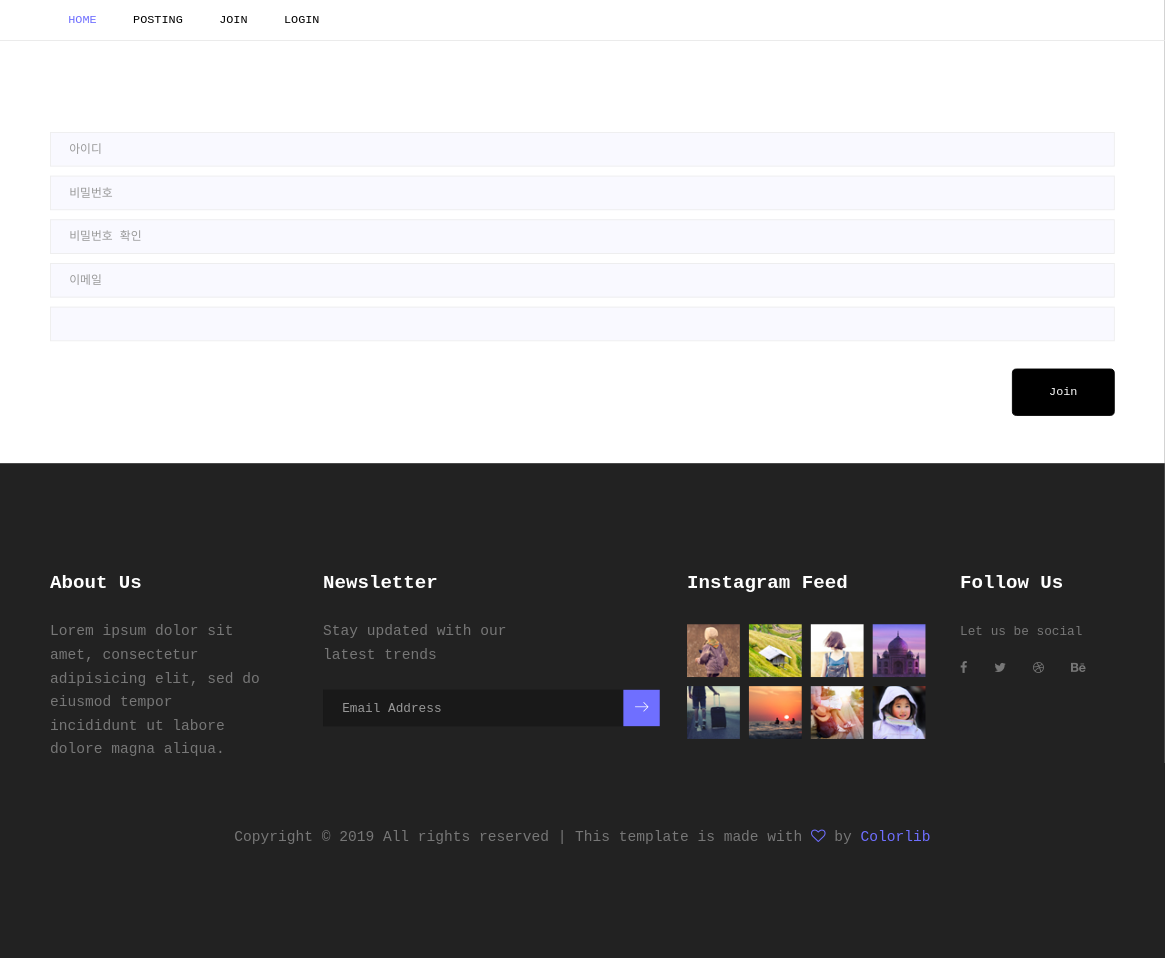
Repository: cwj2306/blog_project_2
Page: http://localhost/blog/user/join.jsp
An editor plug-in stored every save of this project. The page is shown before and after the next save, followed by the edit.
The browser window is 1280 px wide. The pictures show the whole page, at 91% of full size.
Some web fonts or font styles are not loaded; a fallback is used. The page is served by Tomcat 9. Other server files are loaded and not shown.

Above is the page before, as saved 2019-10-31 01:17:57.

### blog/WebContent/user/join.jsp
<%@ page language="java" contentType="text/html; charset=UTF-8"
    pageEncoding="UTF-8"%>
<%@ include file = "/include/nav.jsp" %>

	<section class="contact_area">
		<div class="container">
			<div class="row">
				<div class="col-lg-12">
					<form class="row contact_form" action="/blog/user?cmd=join" method="post" onsubmit="return validateCheck()">
						<div class="col-md-12">
							<div class="form-group">
								<input type="text" class="form-control" name="username" placeholder="아이디" required="required">
							</div>
						</div>
						<div class="col-md-12">
							<div class="form-group">
								<input type="password" class="form-control" id="password" name="password" placeholder="비밀번호" required="required" maxlength="20">
							</div>
						</div>
						<div class="col-md-12">
							<div class="form-group">
								<input type="password" class="form-control" id="passwordCheck" name="passwordCheck" placeholder="비밀번호 확인" required="required" maxlength="20">
							</div>
						</div>
						<div class="col-md-12">
							<div class="form-group">
								<input type="email" class="form-control" name="email" placeholder="이메일" required="required" maxlength="40">
							</div>
						</div>
						<div class="col-md-12">
							<div class="form-group">
								<input type="text" class="form-control" name="address" required="required" >
							</div>
						</div>
						<div class="col-md-12 text-right">
							<button type="submit" value="submit" class="btn submit_btn">Join</button>
						</div>
					</form>
				</div>
			</div>
		</div>
	</section>

	<br/><br/>

	<script>
		function validateCheck(){
			var password = document.querySelector('#password').value;
			var passwordCheck = document.querySelector('#passwordCheck').value;

			if (password === passwordCheck) {
				return true;
			}else{
				alert('비밀번호를 정확히 입력해주세요');
				return false;
			}
		}
	</script>

<%@ include file = "/include/footer.jsp" %>

### blog/WebContent/include/nav.jsp
<%@ page language="java" contentType="text/html; charset=UTF-8" pageEncoding="UTF-8"%>
<%@ taglib prefix="c" uri="http://java.sun.com/jsp/jstl/core" %>

<!doctype html>
<html lang="en">
    <head>
        <!-- Required meta tags -->
        <meta charset="utf-8">
        <meta name="viewport" content="width=device-width, initial-scale=1, shrink-to-fit=no">
        <link rel="icon" href="/blog/img/favicon.png" type="image/png">
        <title>Opium Blog</title>
        <!-- Bootstrap CSS -->
        <link rel="stylesheet" href="/blog/css/bootstrap.css">
        <link rel="stylesheet" href="/blog/vendors/linericon/style.css">
        <link rel="stylesheet" href="/blog/css/font-awesome.min.css">
        <link rel="stylesheet" href="/blog/vendors/owl-carousel/owl.carousel.min.css">
        <link rel="stylesheet" href="/blog/vendors/lightbox/simpleLightbox.css">
        <link rel="stylesheet" href="/blog/vendors/nice-select/css/nice-select.css">
        <link rel="stylesheet" href="/blog/vendors/animate-css/animate.css">
        <link rel="stylesheet" href="/blog/vendors/jquery-ui/jquery-ui.css">
        <!-- main css -->
        <link rel="stylesheet" href="/blog/css/style.css">
        <link rel="stylesheet" href="/blog/css/responsive.css">
    </head>
    <body>

        <!--================Header Menu Area =================-->
        <header class="header_area">
			<div class="main_menu">
				<nav class="navbar navbar-expand-lg navbar-light">
					<div class="container box_1620">
						<!-- Brand and toggle get grouped for better mobile display -->
						<a class="navbar-brand logo_h" href="#"><img src="/blog/img/logo.png" alt=""></a>
						<button class="navbar-toggler" type="button" data-toggle="collapse" data-target="#navbarSupportedContent" aria-controls="navbarSupportedContent" aria-expanded="false" aria-label="Toggle navigation">
							<span class="icon-bar"></span>
							<span class="icon-bar"></span>
							<span class="icon-bar"></span>
						</button>

						<!-- Collect the nav links, forms, and other content for toggling -->
						<div class="collapse navbar-collapse offset" id="navbarSupportedContent">
							<ul class="nav navbar-nav menu_nav">
								<li class="nav-item active"><a class="nav-link" href="/blog/index.jsp">Home</a></li>
								<li class="nav-item"><a class="nav-link" href="/blog/board/write.jsp">Posting</a></li>

								<c:choose>
									<c:when test="${empty sessionScope.user}">
										<li class="nav-item"><a class="nav-link" href="/blog/user/join.jsp">Join</a></li>
										<li class="nav-item"><a class="nav-link" href="/blog/user/login.jsp">Login</a></li>
									</c:when>
									<c:otherwise>
										<li class="nav-item"><a class="nav-link" href="/blog/user/update.jsp">Profile</a></li>
										<li class="nav-item"><a class="nav-link" href="/blog/user?cmd=logout">Logout</a></li>
									</c:otherwise>
								</c:choose>

							</ul>
							<ul class="nav navbar-nav navbar-right header_social ml-auto">
								<!--
								<li class="nav-item"><a href="#"><i class="fa fa-facebook"></i></a></li>
								<li class="nav-item"><a href="#"><i class="fa fa-twitter"></i></a></li>
								<li class="nav-item"><a href="#"><i class="fa fa-dribbble"></i></a></li>
								<li class="nav-item"><a href="#"><i class="fa fa-behance"></i></a></li>
								 -->
								 <c:if test="${not empty sessionScope.user}">
								 	<a href="/blog/user/userProfileForm.jsp"><img src = "${sessionScope.user.userProfile}" width="40px" height="40px" style="border-radius: 50%;"/></a>
								 </c:if>

							</ul>
						</div>
					</div>
				</nav>
			</div>
        </header>
        <!--================Header Menu Area =================-->

### blog/WebContent/include/footer.jsp
<%@ page language="java" contentType="text/html; charset=UTF-8" pageEncoding="UTF-8"%>
<!--================ start footer Area  =================-->
<footer class="footer-area p_120">
	<div class="container">
		<div class="row">
			<div class="col-lg-3  col-md-6 col-sm-6">
				<div class="single-footer-widget">
					<h6 class="footer_title">About Us</h6>
					<p>Lorem ipsum dolor sit amet, consectetur adipisicing elit, sed do eiusmod tempor incididunt ut labore dolore magna aliqua.</p>
				</div>
			</div>
			<div class="col-lg-4 col-md-6 col-sm-6">
				<div class="single-footer-widget">
					<h6 class="footer_title">Newsletter</h6>
					<p>Stay updated with our latest trends</p>
					<div id="mc_embed_signup">
						<form target="_blank" action="https://spondonit.us12.list-manage.com/subscribe/post?u=1462626880ade1ac87bd9c93a&amp;id=92a4423d01" method="get" class="subscribe_form relative">
							<div class="input-group d-flex flex-row">
								<input name="EMAIL" placeholder="Email Address" onfocus="this.placeholder = ''" onblur="this.placeholder = 'Email Address '" required="" type="email">
								<button class="btn sub-btn">
									<span class="lnr lnr-arrow-right"></span>
								</button>
							</div>
							<div class="mt-10 info"></div>
						</form>
					</div>
				</div>
			</div>
			<div class="col-lg-3 col-md-6 col-sm-6">
				<div class="single-footer-widget instafeed">
					<h6 class="footer_title">Instagram Feed</h6>
					<ul class="list instafeed d-flex flex-wrap">
						<li><img src="/blog/img/instagram/Image-01.jpg" alt=""></li>
						<li><img src="/blog/img/instagram/Image-02.jpg" alt=""></li>
						<li><img src="/blog/img/instagram/Image-03.jpg" alt=""></li>
						<li><img src="/blog/img/instagram/Image-04.jpg" alt=""></li>
						<li><img src="/blog/img/instagram/Image-05.jpg" alt=""></li>
						<li><img src="/blog/img/instagram/Image-06.jpg" alt=""></li>
						<li><img src="/blog/img/instagram/Image-07.jpg" alt=""></li>
						<li><img src="/blog/img/instagram/Image-08.jpg" alt=""></li>
					</ul>
				</div>
			</div>
			<div class="col-lg-2 col-md-6 col-sm-6">
				<div class="single-footer-widget f_social_wd">
					<h6 class="footer_title">Follow Us</h6>
					<p>Let us be social</p>
					<div class="f_social">
						<a href="#"><i class="fa fa-facebook"></i></a>
						<a href="#"><i class="fa fa-twitter"></i></a>
						<a href="#"><i class="fa fa-dribbble"></i></a>
						<a href="#"><i class="fa fa-behance"></i></a>
					</div>
				</div>
			</div>
		</div>
		<div class="row footer-bottom d-flex justify-content-between align-items-center">
			<p class="col-lg-12 footer-text text-center">
				<!-- Link back to Colorlib can't be removed. Template is licensed under CC BY 3.0. -->
				Copyright &copy;
				<script>document.write(new Date().getFullYear());</script>
				All rights reserved | This template is made with <i class="fa fa-heart-o" aria-hidden="true"></i> by <a href="https://colorlib.com" target="_blank">Colorlib</a>
				<!-- Link back to Colorlib can't be removed. Template is licensed under CC BY 3.0. -->
			</p>
		</div>
	</div>
</footer>
<!--================ End footer Area  =================-->




<!-- Optional JavaScript -->
<!-- jQuery first, then Popper.js, then Bootstrap JS -->
<script src="/blog/js/jquery-3.2.1.min.js"></script>
<script src="/blog/js/popper.js"></script>
<script src="/blog/js/bootstrap.min.js"></script>
<script src="/blog/js/stellar.js"></script>
<script src="/blog/vendors/lightbox/simpleLightbox.min.js"></script>
<script src="/blog/vendors/nice-select/js/jquery.nice-select.min.js"></script>
<script src="/blog/vendors/isotope/imagesloaded.pkgd.min.js"></script>
<script src="/blog/vendors/isotope/isotope-min.js"></script>
<script src="/blog/vendors/owl-carousel/owl.carousel.min.js"></script>
<script src="/blog/vendors/jquery-ui/jquery-ui.js"></script>
<script src="/blog/js/jquery.ajaxchimp.min.js"></script>
<script src="/blog/js/mail-script.js"></script>
<script src="/blog/js/theme.js"></script>

</body>
</html>

### blog/WebContent/css/responsive.css
@media (max-width:1619px){
	/* Main Menu Area css
	============================================================================================ */
   .header_area .navbar .search {
		margin-left: 40px;
	}
	/* End Main Menu Area css
	============================================================================================ */
	.home_banner_area .blog_text_slider .owl-prev, .home_banner_area .blog_text_slider .owl-next {
		right: 0px;
		font-size: 30px;
	}
}
@media (max-width:1199px){
	/* Main Menu Area css
	============================================================================================ */
	.header_area + section, .header_area + div {
		margin-top: 143px;
	}
	.top_menu .container{
		display: block;
	}
	/* End Main Menu Area css
	============================================================================================ */
	/* Home Banner Area css
	============================================================================================ */
	.home_banner_area {
		min-height: 700px;
	}
	/* End Home Banner Area css
	============================================================================================ */
	.home_banner_area {
		background-size: cover;
	}
	.blog_text {
		padding: 65px 65px 65px 65px;
	}
	.banner_area {
		background-size: cover;
	}
	.blog_style1 .blog_text {
		padding-left: 15px;
		padding-right: 15px;
		padding-top: 0px;
		padding-bottom: 0px;
	}
}

@media (max-width:991px){
	/* Main Menu Area css
	============================================================================================ */
	.logo_part {
		display: none;
	}
    .navbar-toggler {
        border: none;
        border-radius: 0px;
        padding: 0px;
        cursor: pointer;
        margin-top: 27px;
        margin-bottom: 23px;
		float: right;
    }
	.header_area .navbar {
		background: #fff;
	}
    .navbar-toggler[aria-expanded="false"] span:nth-child(2) {
		opacity: 1;
	}
	.navbar-toggler[aria-expanded="true"] span:nth-child(2) {
		opacity: 0;
	}
	.navbar-toggler[aria-expanded="true"] span:first-child {
		transform: rotate(-45deg);
		position: relative;
		top: 7.5px;
	}
	.navbar-toggler[aria-expanded="true"] span:last-child {
		transform: rotate(45deg);
		bottom: 6px;
		position: relative;
	}
	.navbar-toggler span{
		display: block;
		width: 25px;
		height: 3px;
		background: #000;
		margin: auto;
		margin-bottom: 4px;
		transition: all 400ms linear;
		cursor: pointer;
	}
    .navbar .container{
        padding-left: 15px;
        padding-right: 15px;
    }
    .nav{
        padding: 0px 0px;
    }
	.header_area + section, .header_area + row, .header_area + div {
		margin-top: 117px;
	}
    .header_top .nav{
        padding: 0px;
    }
    .header_area .navbar .nav .nav-item .nav-link{
        line-height: 40px;
        margin-right: 0px;
        display: block;
		border-bottom: 1px solid #ededed33;
		border-radius: 0px;
    }
    .header_area .navbar .search{
        margin-left: 0px;
    }
	.header_area .navbar-collapse{
		max-height: 340px;
		overflow-y: scroll;
	}
	.header_area .navbar .nav .nav-item.submenu ul .nav-item .nav-link {
		padding: 0px 15px;
	}
	.header_area .navbar .nav .nav-item {
		margin-right: 0px;
	}
	.header_area + section, .header_area + row, .header_area + div {
		margin-top: 71px;
	}
	.main_menu .navbar .container_inner {
		display: block;
	}
	.main_menu .navbar .navbar-brand {
		display: inline-block;
		padding-top: 11px;
		width: 173px;
	}
	.main_menu .navbar .navbar-brand img {
		width: 100%;
	}
	/* End Main Menu Area css
	============================================================================================ */

	/* Contact Page Area css
	============================================================================================ */
	.contact_info{
		margin-bottom: 50px;
	}
	/* End Contact page Area css
	============================================================================================ */
	.home_banner_area .donation_inner{
		margin-bottom: -30px;
	}
	.single-footer-widget{
		margin-bottom: 30px;
	}
	.footer-area .row{
		margin-bottom: -30px;
	}
	/* Footer Area css
	============================================================================================ */
	/* End End Footer Area css
	============================================================================================ */
	.home_banner_area {
		background-size: cover;
		margin-bottom: 0px;
	}
	/* Extra header Area css
	============================================================================================ */
	/* End Extra header Area css
	============================================================================================ */

	.nav.navbar-nav.navbar-right.header_social{
		display: none;
	}

}
@media (max-width:767px){
	.home_banner_area {
		min-height: 500px;
	}
	.home_banner_area .banner_inner {
		min-height: 500px;
	}
	.home_banner_area .banner_inner .banner_content {
		margin-top: 0px;
	}
	/* Blog Page Area css
	============================================================================================ */
    .blog_banner .banner_inner .blog_b_text h2 {
		font-size: 40px;
		line-height: 50px;
	}
	.blog_info.text-right{
		text-align: left !important;
		margin-bottom: 10px;
	}
	/* End Blog Page Area css
	============================================================================================ */
	.home_banner_area .banner_inner .banner_content h3 {
		font-size: 30px;
	}
	.home_banner_area .banner_inner .banner_content p br {
		display: none;
	}
	/* Footer Area css
	============================================================================================ */
	.footer-bottom .footer-text{
		text-align: center;
	}
	.footer-bottom .footer-social {
		text-align: center;
		margin-bottom: 20px;
	}
	/* End End Footer Area css
	============================================================================================ */
	.blog_style1.small .blog_img img{
		width: 100%;
	}
}
@media (max-width:575px){

	.header_area + section, .header_area + row, .header_area + div {
		margin-top: 71px;
	}
	.top_menu {
		display: none;
	}

    /* Home Banner Area css
	============================================================================================ */
	.home_banner_area .banner_inner .banner_content h2 {
		font-size: 28px;
	}
	.home_banner_area {
		min-height: 500px;
	}
	.home_banner_area .banner_inner {
		min-height: 500px;
	}
	.blog_banner .banner_inner .blog_b_text {
		margin-top: 0px;
	}
	.home_banner_area .banner_inner .banner_content img{
		display: none;
	}
	.home_banner_area .banner_inner .banner_content h5 {
		margin-top: 0px;
	}
	.home_banner_area .banner_inner .banner_content .date a {
		margin-right: 8px;
	}
	/* End Home Banner Area css
	============================================================================================ */
	.p_120 {
		padding-top: 70px;
		padding-bottom: 70px;
	}
	.main_title h2 {
		font-size: 25px;
	}
	/* Elements Area css
	============================================================================================ */
	.sample-text-area {
		padding: 70px 0 70px 0;
	}
	/* End Elements Area css
	============================================================================================ */

	/* Blog Page Area css
	============================================================================================ */
	.blog_details h2 {
		font-size: 20px;
		line-height: 30px;
	}
	.blog_banner .banner_inner .blog_b_text h2 {
		font-size: 28px;
		line-height: 38px;
	}
	.banner_area .banner_inner .banner_content {
		margin-top: 0px;
	}
	/* End Blog Page Area css
	============================================================================================ */
	/* Footer Area css
	============================================================================================ */
	/* End End Footer Area css
	============================================================================================ */
	.pad_top {
		padding-top: 70px;
	}
	.mt-100 {
		margin-top: 50px;
	}
	.single-footer-widget p {
		max-width: 100%;
	}
	.p_100 {
		padding-top: 70px;
		padding-bottom: 70px;
	}
	.blog_style1 .blog_text .blog_text_inner {
		margin-top: 0px;
	}
	.blog_style1 .blog_text {
		padding-left: 0px;
		padding-right: 0px;
		padding-top: 0px;
		padding-bottom: 0px;
	}
	.blog_text .cat a {
		margin-right: 5px;
	}
	.blog_text .cat .cat_btn {
		display: block;
		width: 86px;
		margin-bottom: 10px;
	}
}

@media (max-width:480px){
	/* Main Menu Area css
	============================================================================================ */
	.header_area .navbar-collapse{
		max-height: 250px;
	}
	/* End Main Menu Area css
	============================================================================================ */

	/* Home Banner Area css
	============================================================================================ */
    .home_banner_area .banner_inner .banner_content {
		padding: 30px 15px;
		margin-top: 0px;
	}
	.banner_content .white_btn {
		display: block;
	}
	.home_banner_area .banner_inner .banner_content h3 {
		font-size: 24px;
	}
	.home_banner_area .carousel .carousel-indicators {
		bottom: -50px;
		z-index: 20;
	}
	/* End Home Banner Area css
	============================================================================================ */
	.banner_area .banner_inner .banner_content h2 {
		font-size: 32px;
	}
	/* Blog Page Area css
	============================================================================================ */
	.comments-area .thumb {
		margin-right: 10px;
	}

	/* End Blog Page Area css
	============================================================================================ */
	.home_banner_area .blog_text_slider .owl-prev {
		top: auto;
		bottom: 110px;
		transform: translateY(-0%);
		left: 10px;
	}
	.home_banner_area .blog_text_slider .owl-next {
		top: auto;
		bottom: 110px;
		right: 10px;
		transform: translateY(-0%);
	}
	.blog_text {
		padding: 60px 20px;
	}
}

Loaded but not shown: blog/WebContent/css/bootstrap.css (library); blog/WebContent/vendors/linericon/style.css (library); blog/WebContent/css/font-awesome.min.css (library); blog/WebContent/vendors/owl-carousel/owl.carousel.min.css (common file); blog/WebContent/vendors/lightbox/simpleLightbox.css (library); blog/WebContent/vendors/nice-select/css/nice-select.css (library); blog/WebContent/vendors/animate-css/animate.css (library); blog/WebContent/vendors/jquery-ui/jquery-ui.css (library); blog/WebContent/js/jquery-3.2.1.min.js (library); blog/WebContent/js/popper.js (library); blog/WebContent/js/bootstrap.min.js (library); blog/WebContent/js/stellar.js (library); blog/WebContent/vendors/lightbox/simpleLightbox.min.js (library); blog/WebContent/vendors/nice-select/js/jquery.nice-select.min.js (common file); blog/WebContent/vendors/isotope/imagesloaded.pkgd.min.js (library); blog/WebContent/vendors/isotope/isotope-min.js (library); blog/WebContent/vendors/owl-carousel/owl.carousel.min.js (library); blog/WebContent/vendors/jquery-ui/jquery-ui.js (library); blog/WebContent/js/jquery.ajaxchimp.min.js (library); blog/WebContent/js/theme.js (283 lines, source omitted); blog/WebContent/js/mail-script.js (31 lines, source omitted); blog/WebContent/css/style.css (3904 lines, source omitted)

After the next save:
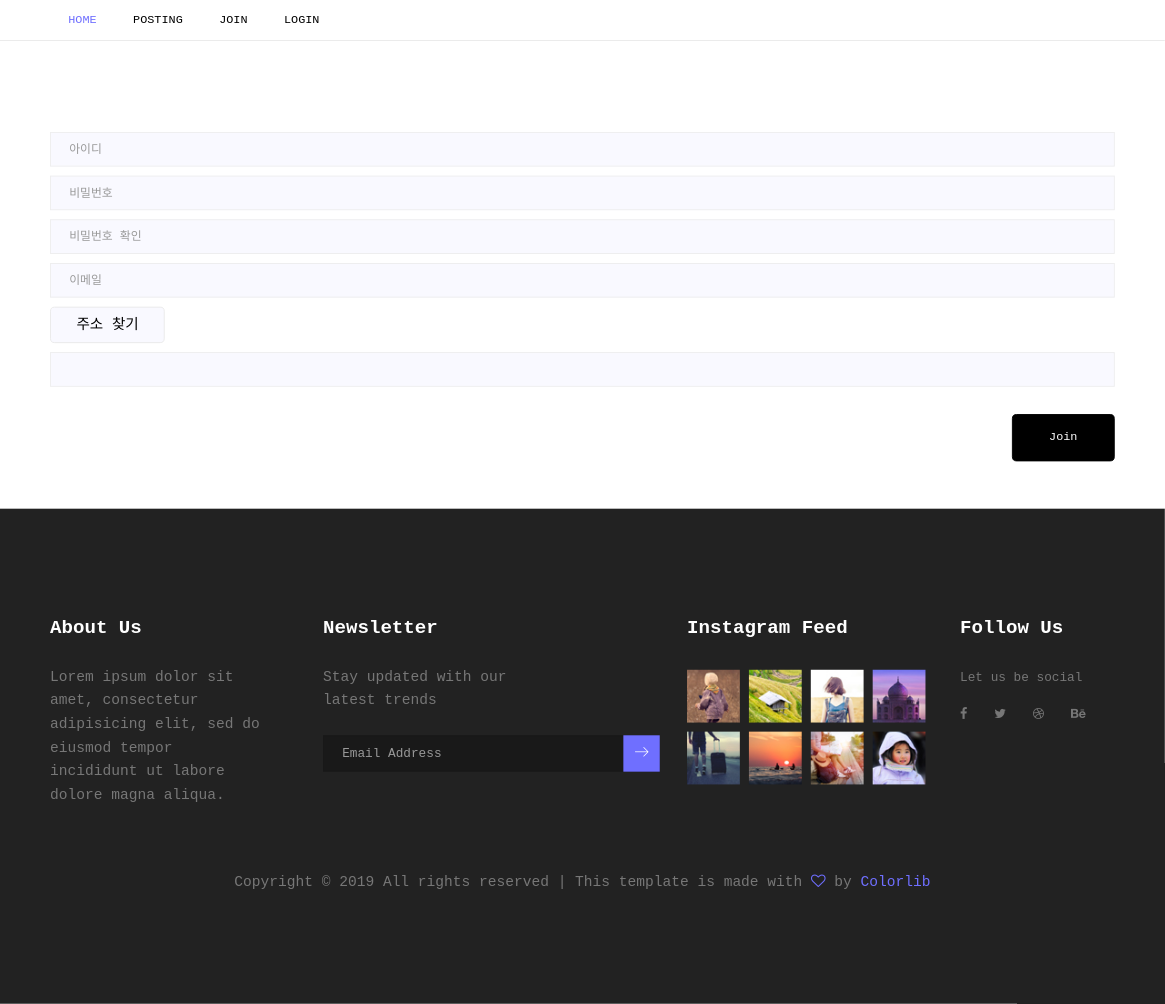
Saved 3 min 8 s later.
--- a/blog/WebContent/user/join.jsp
+++ b/blog/WebContent/user/join.jsp
@@ -7,34 +7,47 @@
 			<div class="row">
 				<div class="col-lg-12">
 					<form class="row contact_form" action="/blog/user?cmd=join" method="post" onsubmit="return validateCheck()">
+
 						<div class="col-md-12">
 							<div class="form-group">
 								<input type="text" class="form-control" name="username" placeholder="아이디" required="required">
 							</div>
 						</div>
+
 						<div class="col-md-12">
 							<div class="form-group">
 								<input type="password" class="form-control" id="password" name="password" placeholder="비밀번호" required="required" maxlength="20">
 							</div>
 						</div>
+
 						<div class="col-md-12">
 							<div class="form-group">
 								<input type="password" class="form-control" id="passwordCheck" name="passwordCheck" placeholder="비밀번호 확인" required="required" maxlength="20">
 							</div>
 						</div>
+
 						<div class="col-md-12">
 							<div class="form-group">
 								<input type="email" class="form-control" name="email" placeholder="이메일" required="required" maxlength="40">
 							</div>
 						</div>
+
 						<div class="col-md-12">
 							<div class="form-group">
-								<input type="text" class="form-control" name="address" required="required" >
+								<a class="blog_btn" href="#">주소 찾기</a>
 							</div>
 						</div>
+
+						<div class="col-md-12">
+							<div class="form-group">
+								<input type="text" class="form-control" name="address" required="required" readonly="readonly">
+							</div>
+						</div>
+
 						<div class="col-md-12 text-right">
 							<button type="submit" value="submit" class="btn submit_btn">Join</button>
 						</div>
+
 					</form>
 				</div>
 			</div>
